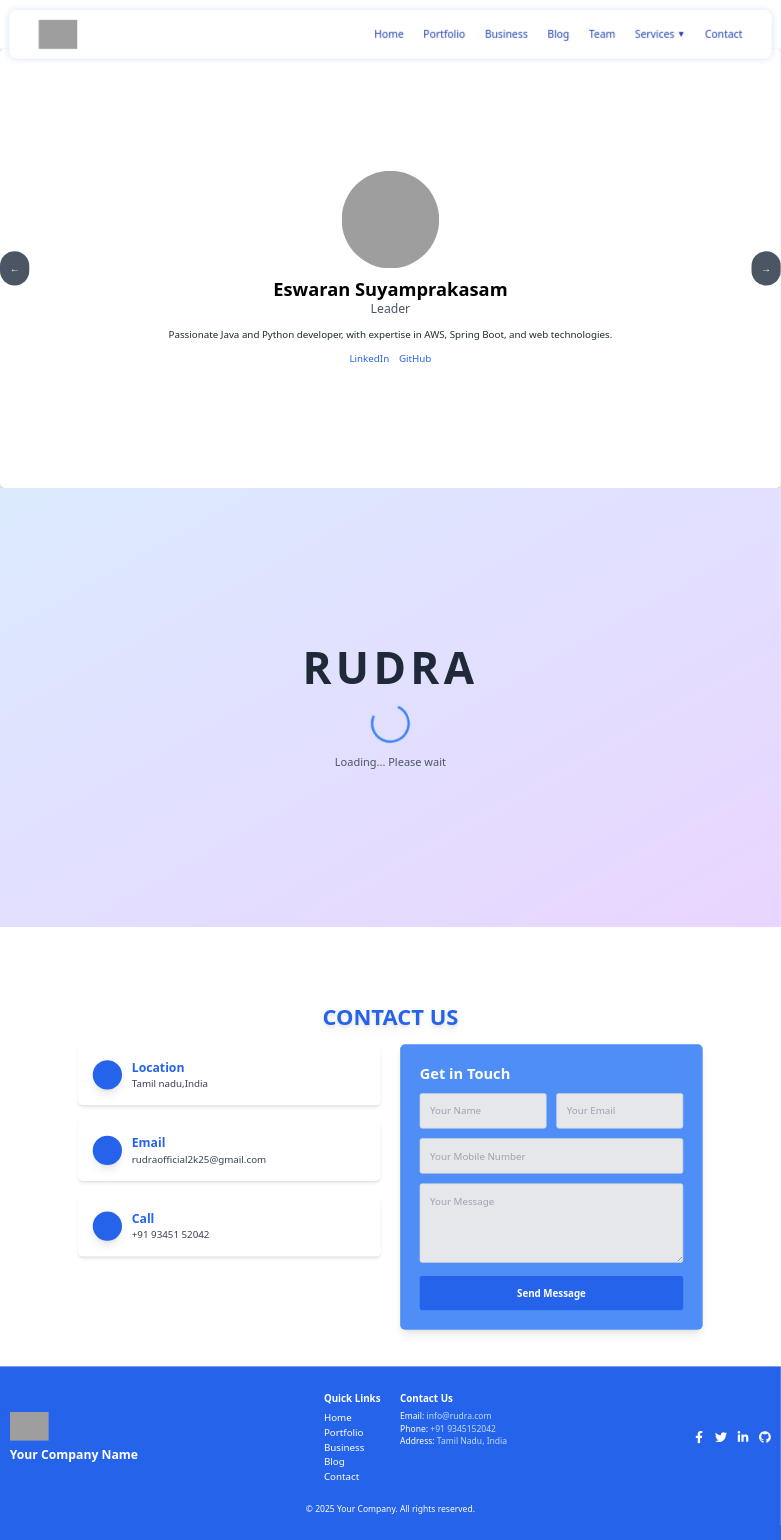
Repository: Rudra-Eswaran/Rudra_Official
Page: /
An editor plug-in stored every save of this project. The page is shown before and after a run of saves, followed by the edit.
The browser window is 1280 px wide. The pictures show the whole page, at 61% of full size.
Pictures or frames that could not be fetched are drawn as grey boxes. Some web libraries are served in a nearby version. The project was rebuilt for these pictures with package versions that can differ from the ones it lists, and the page was loaded fresh each time. Also part of the build but not shown: vite.config.js.

Above is the page before, as saved 2025-04-16 20:08:32.

### index.html
<!doctype html>
<html lang="en">
  <head>
    <meta charset="UTF-8" />
    <link rel="icon" type="image/svg+xml" href="/vite.svg" />
    <meta name="viewport" content="width=device-width, initial-scale=1.0" />
    <title>Rudra Loading</title>
    <!-- Tailwind CSS CDN -->
<script src="https://cdn.tailwindcss.com"></script>

  </head>
  <body>
    <div id="root"></div>
    <script type="module" src="/src/main.jsx"></script>
  </body>
</html>

### src/App.jsx
import Navbar from "./components/Navbar";
import Footer from "./pages/Footer";
import Contact from "./pages/Contactus";
import Rudrans from "./pages/Rudrans";
import Home from "./pages/Home";

export default function App() {
  return (
    <>
      <Navbar />

      {/* Add a top margin to push content below the navbar */}
      <div className="mt-[80px]"> {/* Adjust this value based on your navbar height */}
        <Rudrans />
        <Home/>
        <Contact />
      </div>

      {/* Footer will be at the bottom */}
      <Footer />
    </>
  );
}

### src/components/Navbar.jsx
import { useState, useEffect } from "react";
import { Link } from "react-router-dom";

const Navbar = () => {
  const [isDropdownOpen, setIsDropdownOpen] = useState(false);
  const [scrolled, setScrolled] = useState(false);

  useEffect(() => {
    const handleScroll = () => {
      setScrolled(window.scrollY > 10);
    };
    window.addEventListener("scroll", handleScroll);
    return () => window.removeEventListener("scroll", handleScroll);
  }, []);

  return (
    <nav
      className={`fixed top-4 left-[15px] right-[15px] z-50 p-4 rounded-xl backdrop-blur-md transition-all duration-300 ease-in-out
        ${scrolled ? "shadow-[0_0_20px_rgba(0,102,255,0.4)]" : "shadow-[0_0_12px_rgba(0,102,255,0.2)]"}`}
    >
      <div className="flex justify-between items-center px-4 md:px-8 bg-transparent">
        {/* Logo */}
        <div className="flex items-center space-x-2">
          <img
            src="path_to_your_logo.gif"
            alt="Logo"
            className="h-12 w-auto transition-transform transform hover:scale-110"
          />
        </div>

        {/* Desktop Menu */}
        <ul className="hidden md:flex space-x-8 text-[17px] font-medium text-blue-800">
          <li>
            <Link to="/" className="hover:text-blue-400 hover:scale-105 transition-all">
              Home
            </Link>
          </li>
          <li>
            <Link to="/portfolio" className="hover:text-blue-400 hover:scale-105 transition-all">
              Portfolio
            </Link>
          </li>
          <li>
            <Link to="/business" className="hover:text-blue-400 hover:scale-105 transition-all">
              Business
            </Link>
          </li>
          <li>
            <Link to="/blog" className="hover:text-blue-400 hover:scale-105 transition-all">
              Blog
            </Link>
          </li>
          <li>
            <Link to="/team" className="hover:text-blue-400 hover:scale-105 transition-all">
              Team
            </Link>
          </li>

          {/* Services Dropdown */}
          <li className="relative">
            <button
              onClick={() => setIsDropdownOpen(!isDropdownOpen)}
              className="flex items-center hover:text-blue-400 hover:scale-105 transition-all"
            >
              Services <span className="ml-1 text-sm">{isDropdownOpen ? "▲" : "▼"}</span>
            </button>
            {isDropdownOpen && (
              <ul className="absolute left-0 mt-2 bg-white border border-blue-200 shadow-xl rounded-md py-2 w-44 animate-fadeIn space-y-2 text-blue-800 z-50">
                <li>
                  <Link
                    to="/products"
                    className="block px-4 py-2 hover:bg-blue-50 hover:text-blue-500 transition-all"
                    onClick={() => setIsDropdownOpen(false)}
                  >
                    Products
                  </Link>
                </li>
                <li>
                  <Link
                    to="/services"
                    className="block px-4 py-2 hover:bg-blue-50 hover:text-blue-500 transition-all"
                    onClick={() => setIsDropdownOpen(false)}
                  >
                    Services
                  </Link>
                </li>
                <li>
                  <Link
                    to="/edtech"
                    className="block px-4 py-2 hover:bg-blue-50 hover:text-blue-500 transition-all"
                    onClick={() => setIsDropdownOpen(false)}
                  >
                    Edtech
                  </Link>
                </li>
              </ul>
            )}
          </li>

          <li>
            <Link to="/contact" className="hover:text-blue-400 hover:scale-105 transition-all">
              Contact
            </Link>
          </li>
        </ul>
      </div>
    </nav>
  );
};

export default Navbar;

### src/pages/Footer.jsx
import React from "react";
import { Link } from "react-router-dom";
import { FaFacebookF, FaTwitter, FaLinkedinIn, FaGithub } from "react-icons/fa"; // Social Media Icons

const Footer = () => {
  return (
    <footer className="bg-blue-600 text-white py-10">
      <div className="container mx-auto px-4">
        <div className="flex flex-col md:flex-row justify-between items-center">
          {/* Logo */}
          <div className="text-center md:text-left mb-6 md:mb-0">
            <img src="path_to_your_logo.gif" alt="Logo" className="h-12 w-auto" />
            <p className="text-xl font-semibold mt-2">Your Company Name</p>
          </div>

          {/* Links */}
          <div className="flex flex-col md:flex-row space-y-4 md:space-y-0 md:space-x-8 text-center md:text-left">
            <div>
              <h4 className="font-bold mb-2">Quick Links</h4>
              <ul>
                <li>
                  <Link to="/" className="hover:text-blue-200">Home</Link>
                </li>
                <li>
                  <Link to="/portfolio" className="hover:text-blue-200">Portfolio</Link>
                </li>
                <li>
                  <Link to="/business" className="hover:text-blue-200">Business</Link>
                </li>
                <li>
                  <Link to="/blog" className="hover:text-blue-200">Blog</Link>
                </li>
                <li>
                  <Link to="/contact" className="hover:text-blue-200">Contact</Link>
                </li>
              </ul>
            </div>

            {/* Contact */}
            <div>
              <h4 className="font-bold mb-2">Contact Us</h4>
              <ul>
                <li>
                  <p className="text-sm">Email: <span className="text-blue-200">info@rudra.com</span></p>
                </li>
                <li>
                  <p className="text-sm">Phone: <span className="text-blue-200">+91 9345152042</span></p>
                </li>
                <li>
                  <p className="text-sm">Address: <span className="text-blue-200">Tamil Nadu, India</span></p>
                </li>
              </ul>
            </div>
          </div>

          {/* Social Media Icons */}
          <div className="mt-6 md:mt-0 flex space-x-4 justify-center">
            <a href="https://facebook.com" target="_blank" rel="noopener noreferrer" className="text-white hover:text-blue-200">
              <FaFacebookF size={20} />
            </a>
            <a href="https://twitter.com" target="_blank" rel="noopener noreferrer" className="text-white hover:text-blue-200">
              <FaTwitter size={20} />
            </a>
            <a href="https://linkedin.com" target="_blank" rel="noopener noreferrer" className="text-white hover:text-blue-200">
              <FaLinkedinIn size={20} />
            </a>
            <a href="https://github.com" target="_blank" rel="noopener noreferrer" className="text-white hover:text-blue-200">
              <FaGithub size={20} />
            </a>
          </div>
        </div>

        {/* Bottom Section */}
        <div className="text-center mt-8">
          <p className="text-sm">&copy; {new Date().getFullYear()} Your Company. All rights reserved.</p>
        </div>
      </div>
    </footer>
  );
};

export default Footer;

### src/pages/Contactus.jsx
import React, { useState } from "react";
import { motion } from "framer-motion";
import { FiPhone, FiMail, FiMapPin, FiX } from "react-icons/fi";  // Using react-icons for Phone, Email, Location
import { CONTACT_INFO, MODAL_MESSAGES, FORM_FIELDS, BUTTON_LABELS } from "../Constants"; // Import constants

const Contactus = ({ scrollToFooter }) => {
  const [formData, setFormData] = useState({ name: "", email: "", message: "", phone: "" });
  const [submitted, setSubmitted] = useState(false);
  const [loading, setLoading] = useState(false);
  const [showModal, setShowModal] = useState(false);

  const handleChange = (e) => {
    setFormData({ ...formData, [e.target.name]: e.target.value });
  };

  const handleSubmit = async (e) => {
    e.preventDefault();

    if (!formData.name || !formData.email || !formData.message || !formData.phone) {
      alert("Please fill in all the fields.");
      return;
    }

    const emailRegex = /^[^\s@]+@[^\s@]+\.[^\s@]+$/;
    if (!emailRegex.test(formData.email)) {
      alert("Please enter a valid email address.");
      return;
    }

    setLoading(true);
    try {
      const response = await fetch(`${import.meta.env.VITE_BACKEND_BASE_URL}/contact`, {
        method: "POST",
        headers: { "Content-Type": "application/json" },
        body: JSON.stringify(formData),
      });

      const result = await response.json();
      if (result.success) {
        setSubmitted(true);
        setShowModal(true);
        setFormData({ name: "", email: "", message: "", phone: "" });
        setTimeout(() => setShowModal(false), 4000);
      } else {
        alert("Failed to submit form");
      }
    } catch (err) {
      console.error("Error submitting form:", err);
      alert("Something went wrong!");
    } finally {
      setLoading(false);
    }
  };

  return (
    <motion.section
      initial={{ opacity: 0, y: 30 }}
      animate={{ opacity: 1, y: 0 }}
      transition={{ duration: 0.6, ease: "easeOut" }}
      className="relative text-black pt-32 pb-12 px-4 md:px-6 min-h-screen bg-white" // Removed scroll-mt-32
      style={{
        backgroundColor: "#ffffff", // White background
        backgroundSize: "cover",
        backgroundPosition: "center",
        backgroundRepeat: "no-repeat",
      }}
    >
      <div className="relative container mx-auto max-w-5xl text-center">
        <motion.h2
          className="text-3xl md:text-4xl font-bold text-blue-600 mb-6 uppercase drop-shadow-lg"
          initial={{ opacity: 0, y: -20 }}
          animate={{ opacity: 1, y: 0 }}
          transition={{ duration: 0.5 }}
          whileHover={{ textShadow: "0px 0px 10px rgba(0, 123, 255, 0.8)" }}
        >
          Contact Us
        </motion.h2>
      </div>

      <div className="relative container mx-auto grid grid-cols-1 md:grid-cols-2 gap-6 md:gap-8 max-w-5xl pb-0 mb-0">
        <div className="space-y-6">
          {Object.keys(CONTACT_INFO).map((key) => (
            <InfoBox
              key={key}
              icon={
                key === "location" ? (
                  <FiMapPin size={30} className="text-blue-600" />
                ) : key === "phone" ? (
                  <FiPhone size={30} className="text-blue-600" />
                ) : (
                  <FiMail size={30} className="text-blue-600" />
                )
              }
              title={CONTACT_INFO[key].title}
              text={CONTACT_INFO[key].text}
              onClick={scrollToFooter}
            />
          ))}
        </div>

        <div className="bg-blue-500 bg-opacity-90 p-6 md:p-8 rounded-lg shadow-lg">
          <motion.h3 whileHover={{ scale: 1.05, color: "#ffffff" }} className="text-xl md:text-2xl font-semibold mb-4 text-white">
            Get in Touch
          </motion.h3>
          <form onSubmit={handleSubmit} className="space-y-4">
            <div className="grid grid-cols-1 md:grid-cols-2 gap-4">
              <InputField type="text" name="name" placeholder={FORM_FIELDS.name} value={formData.name} handleChange={handleChange} />
              <InputField type="email" name="email" placeholder={FORM_FIELDS.email} value={formData.email} handleChange={handleChange} />
            </div>
            <InputField type="tel" name="phone" placeholder={FORM_FIELDS.phone} value={formData.phone} handleChange={handleChange} />
            <TextAreaField name="message" placeholder={FORM_FIELDS.message} value={formData.message} handleChange={handleChange} />
            <motion.button
              whileHover={{ scale: !loading ? 1.05 : 1 }}
              type="submit"
              disabled={loading}
              className={`w-full p-3 md:p-4 rounded text-white font-semibold transition ${loading ? "bg-gray-500 cursor-not-allowed" : "bg-blue-600 hover:bg-blue-700"}`}
            >
              {loading ? BUTTON_LABELS.sending : BUTTON_LABELS.send}
            </motion.button>
          </form>
        </div>
      </div>

      {showModal && (
        <div className="fixed inset-0 flex items-center justify-center z-50 bg-black bg-opacity-60">
          <motion.div
            initial={{ scale: 0.8, opacity: 0 }}
            animate={{ scale: 1, opacity: 1 }}
            className="bg-white text-black p-6 rounded-xl shadow-xl max-w-sm w-full relative"
          >
            <button
              onClick={() => setShowModal(false)}
              className="absolute top-2 right-2 text-gray-500 hover:text-red-500"
            >
              <FiX size={20} />
            </button>
            <h4 className="text-xl font-bold mb-2 text-blue-600">{MODAL_MESSAGES.success.title}</h4>
            <p>{MODAL_MESSAGES.success.message}</p>
          </motion.div>
        </div>
      )}
    </motion.section>
  );
};

const InfoBox = ({ icon, title, text, onClick }) => (
  <motion.div
    onClick={onClick}
    className="cursor-pointer bg-white p-4 md:p-6 rounded-lg flex items-center gap-4 shadow-md transition-transform transform hover:scale-103 hover:shadow-lg"
    whileHover={{ scale: 1.03, boxShadow: "0px 0px 10px rgba(0, 123, 255, 0.4)" }}
  >
    <motion.div
      className="w-12 h-12 flex items-center justify-center rounded-full bg-blue-600 text-white shadow-lg"
      whileHover={{ boxShadow: "0px 0px 15px rgba(0, 123, 255, 1)" }}
      transition={{ duration: 0.3 }}
    >
      {icon}
    </motion.div>
    <div>
      <h4 className="text-lg md:text-xl font-semibold text-blue-600">{title}</h4>
      <p className="text-gray-700">{text}</p>
    </div>
  </motion.div>
);

const InputField = ({ type, name, placeholder, value, handleChange }) => (
  <motion.input
    whileFocus={{ scale: 1.02 }}
    type={type}
    name={name}
    placeholder={placeholder}
    required
    value={value}
    onChange={handleChange}
    className="w-full p-3 md:p-4 rounded bg-gray-200 border border-gray-300 focus:border-blue-500 transition"
  />
);

const TextAreaField = ({ name, placeholder, value, handleChange }) => (
  <motion.textarea
    whileFocus={{ scale: 1.02 }}
    name={name}
    placeholder={placeholder}
    required
    rows="4"
    value={value}
    onChange={handleChange}
    className="w-full p-3 md:p-4 rounded bg-gray-200 border border-gray-300 focus:border-blue-500 transition"
  />
);

export default Contactus;

### src/pages/Rudrans.jsx
import React, { useState } from 'react';
import teamData from '../teamData.json'; // adjust the path if needed

const Rudrans = () => {
  const [currentIndex, setCurrentIndex] = useState(0);

  const nextSlide = () => {
    setCurrentIndex((prevIndex) => (prevIndex + 1) % teamData.length);
  };

  const prevSlide = () => {
    setCurrentIndex((prevIndex) =>
      prevIndex === 0 ? teamData.length - 1 : prevIndex - 1
    );
  };

  return (
    <div className="relative w-full h-screen bg-gray-200 overflow-hidden">
      <div className="flex justify-center items-center w-full h-full">
        <div className="flex flex-col items-center justify-center bg-white rounded-lg shadow-lg p-8 w-full h-full">
          <img
            src={teamData[currentIndex].photo}
            alt={teamData[currentIndex].name}
            className="w-40 h-40 rounded-full mb-4 object-cover"
          />
          <h2 className="text-3xl font-bold">{teamData[currentIndex].name}</h2>
          <p className="text-xl text-gray-600">{teamData[currentIndex].role}</p>
          <p className="mt-4 text-center text-gray-800">{teamData[currentIndex].bio}</p>
          <div className="mt-4 flex space-x-4">
            <a
              href={teamData[currentIndex].linkedin}
              target="_blank"
              rel="noopener noreferrer"
              className="text-blue-600 hover:underline"
            >
              LinkedIn
            </a>
            <a
              href={teamData[currentIndex].github}
              target="_blank"
              rel="noopener noreferrer"
              className="text-blue-600 hover:underline"
            >
              GitHub
            </a>
          </div>
        </div>
      </div>

      <button
        onClick={prevSlide}
        className="absolute left-0 top-1/2 transform -translate-y-1/2 bg-gray-600 text-white p-4 rounded-full hover:bg-gray-700"
      >
        &#8592;
      </button>

      <button
        onClick={nextSlide}
        className="absolute right-0 top-1/2 transform -translate-y-1/2 bg-gray-600 text-white p-4 rounded-full hover:bg-gray-700"
      >
        &#8594;
      </button>
    </div>
  );
};

export default Rudrans;

### src/pages/Home.jsx
import React from 'react';

const Home = () => {
  return (
    <div className="flex flex-col items-center justify-center min-h-screen bg-gradient-to-br from-blue-100 to-purple-200 text-center">
      {/* Logo / Title */}
      <h1 className="text-5xl md:text-7xl font-extrabold text-gray-800 tracking-widest mb-6">
        RUDRA
      </h1>

      {/* Loading Spinner */}
      <div className="w-16 h-16 border-4 border-blue-500 border-t-transparent rounded-full animate-spin"></div>

      {/* Optional message */}
      <p className="mt-4 text-lg text-gray-600">Loading... Please wait</p>
    </div>
  );
};

export default Home;

### src/Constants.jsx
// constants.js
export const CONTACT_INFO = {
    location: {
      title: "Location",
      text: "Tamil nadu,India",
      icon: "FiMapPin",
    },
    email: {
      title: "Email",
      text: "rudraofficial2k25@gmail.com",
      icon: "FiMail",
    },
    phone: {
      title: "Call",
      text: "+91 93451 52042",
      icon: "FiPhone",
    },
  };

  export const MODAL_MESSAGES = {
    success: {
      title: "Success!",
      message: "Your message has been sent. We'll get back to you soon.",
    },
    error: {
      title: "Error",
      message: "Something went wrong. Please try again later.",
    },
  };

  export const FORM_FIELDS = {
    name: "Your Name",
    email: "Your Email",
    phone: "Your Mobile Number",
    message: "Your Message",
  };

  export const BUTTON_LABELS = {
    send: "Send Message",
    sending: "Sending...",
  };

### src/teamData.json
[
    {
      "name": "Eswaran Suyamprakasam",
      "role": "Leader",
      "bio": "Passionate Java and Python developer, with expertise in AWS, Spring Boot, and web technologies.",
      "linkedin": "https://www.linkedin.com/in/eswaran-s/",
      "github": "https://github.com/Eswaran-IT",
      "photo": "/path/to/eswaran-photo.jpg"
    },
    {
      "name": "Member 2",
      "role": "Frontend Developer",
      "bio": "Focused on building responsive and interactive UI with JavaScript frameworks.",
      "linkedin": "https://www.linkedin.com/in/member2",
      "github": "https://github.com/member2",
      "photo": "/path/to/member2-photo.jpg"
    },
    {
      "name": "Member 3",
      "role": "Backend Developer",
      "bio": "Specialized in server-side development with expertise in Spring Boot and Java.",
      "linkedin": "https://www.linkedin.com/in/member3",
      "github": "https://github.com/member3",
      "photo": "/path/to/member3-photo.jpg"
    }
  ]

Loaded but not shown: src/main.jsx (common file)

After the next 3 saves:
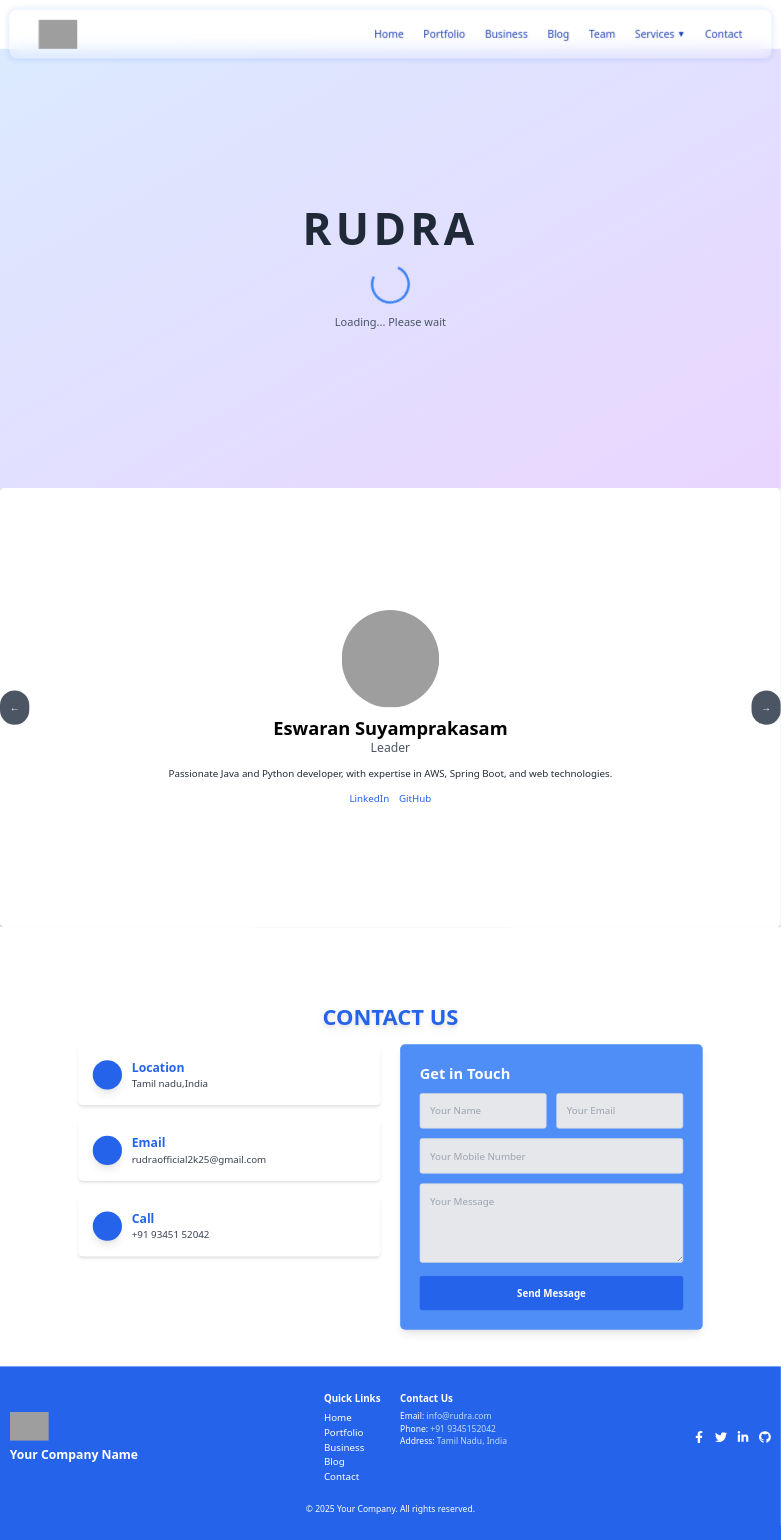
The 3 saves are shown as one change because they came seconds apart.
The last was saved 21 s later.
--- a/src/App.jsx
+++ b/src/App.jsx
@@ -11,8 +11,9 @@ export default function App() {
 
       {/* Add a top margin to push content below the navbar */}
       <div className="mt-[80px]"> {/* Adjust this value based on your navbar height */}
+
+        <Home/>
         <Rudrans />
-        <Home/>
         <Contact />
       </div>
 
